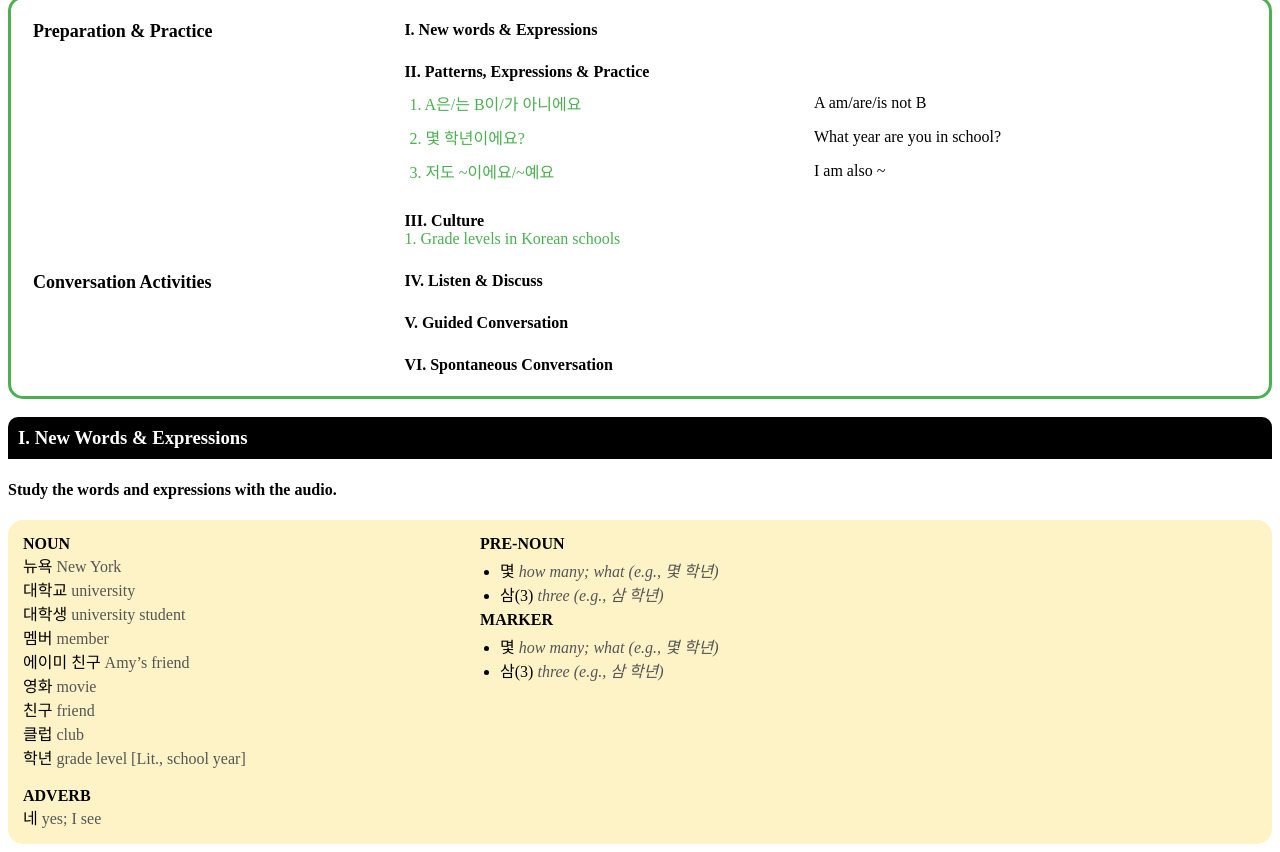
Repository: elliehong89/pineapple-content
Page: 1.anytimekorea/chap3/섹션1~3.html
These files come from the project's save history. The page is drawn as it stood at one moment and after the next save; the edit follows.
The browser window is 1280 px wide. The pictures show the part of the page from y = 416 to 1268 px (the page is 1268 px tall).
A picture or video elsewhere on the page could not be fetched, so the positions and the page height are approximate.

Above is the page before, as saved 2025-02-19 17:09:42.

After the next save:
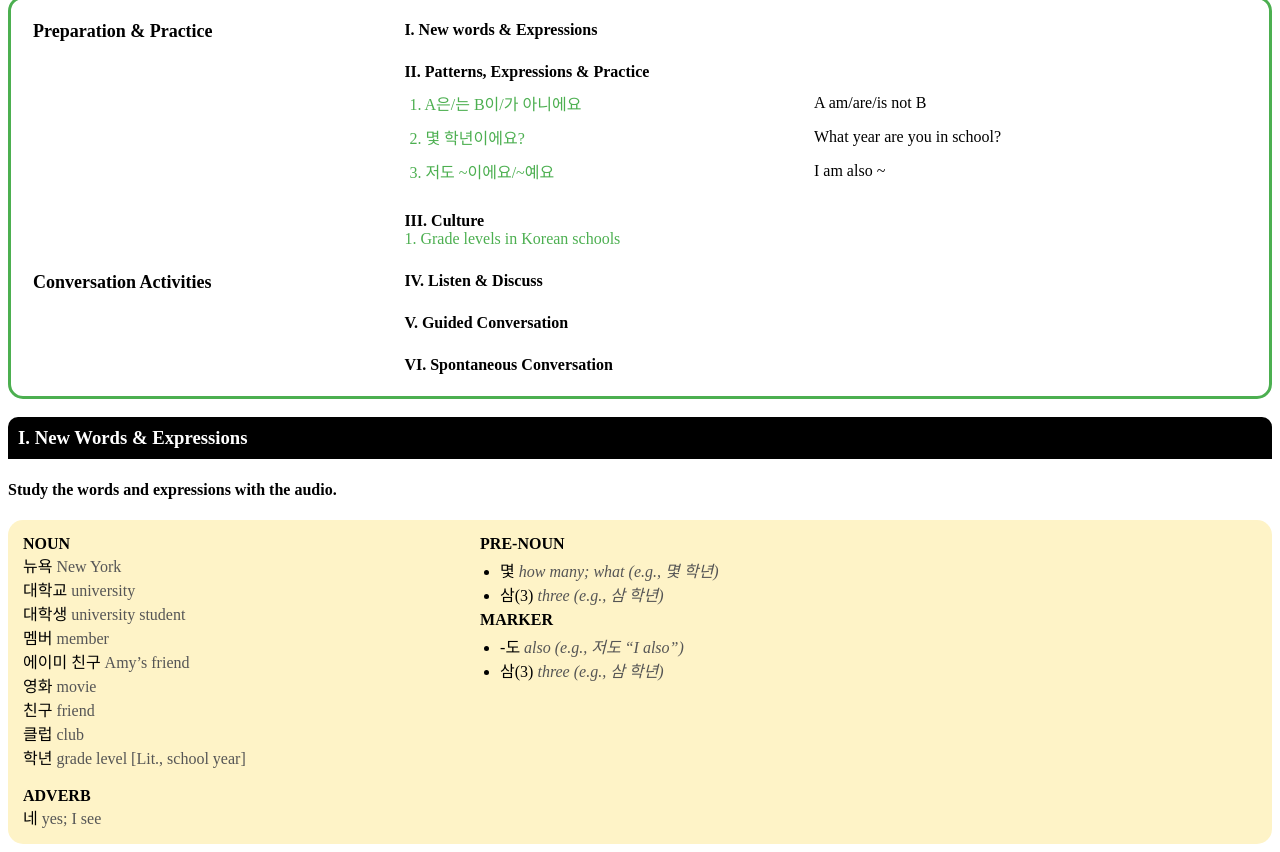
Saved 34 s later.
--- a/1.anytimekorea/chap3/섹션1~3.html
+++ b/1.anytimekorea/chap3/섹션1~3.html
@@ -81,7 +81,7 @@
             </ul>
             <div><strong>MARKER</strong></div>
             <ul style="padding-left: 20px; margin: 5px 0;">
-                <li>몇 <span style="color: #555;"><em>how many; what (e.g., 몇 학년)</em></span></li>
+                <li>-도 <span style="color: #555;"><em>also (e.g., 저도 “I also”)</em></span></li>
                 <li>삼(3)  <span style="color: #555;"><em>three (e.g., 삼 학년)</em></span></li>
             </ul>
         </div>
